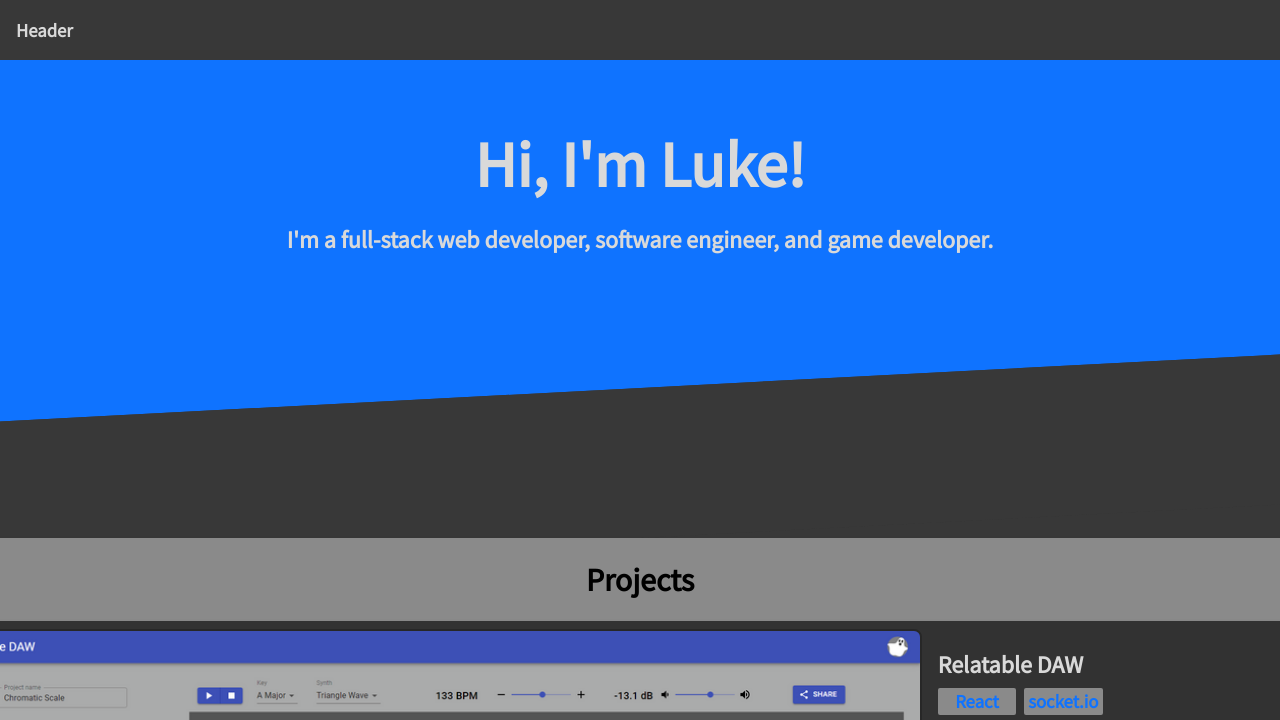
Repository: lbodwell/Personal-Website
Page: index.html
The author's editor kept a copy of each file at every save. The page is drawn from the files as they stood at one save, then again after a run of saves.
The browser window is 1280 px wide. The pictures show the whole page.
An inner scrolling area shows only its first screen.

Above is the page before, as saved 2022-04-04 19:46:52.

### index.html
<!DOCTYPE html>
<html lang="en">
    <head>
        <meta charset="UTF-8">
        <meta http-equiv="X-UA-Compatible" content="IE=edge">
        <meta name="viewport" content="width=device-width, initial-scale=1.0">
        <title>Luke Bodwell</title>
        <script type="text/javascript" src="script.js" defer></script>
        <link rel="stylesheet" href="styles.css">
    </head>
    <body>
        <header>
            <h3>Header</h3>
        </header>
        <content>
            <div class="intro">
                <h1>Hi, I'm Luke!</h1>
                <h2>I'm a full-stack web developer, software engineer, and game developer.</h2>
            </div>
            <div class="projects-container">
                <h1>Projects</h1>
                <div class="projects">
                    <div class="project project-img-left">
                        <div class="project-image">
                            <img src="images/relatable-daw.png"></img>
                        </div>
                        <div class="project-info">
                            <div class="project-title">
                                <h2>Relatable DAW</h2>
                                <div class="project-tags">
                                    <div class="project-tag">
                                        <h3>React</h3>
                                    </div>
                                    <div class="project-tag">
                                        <h3>socket.io</h3>
                                    </div>
                                </div>
                                <div class="project-types">
                                    <!-- Code icon -->
                                    <svg style="width:32px;height:32px" viewBox="0 0 24 24">
                                        <path fill="currentColor" d="M8,3A2,2 0 0,0 6,5V9A2,2 0 0,1 4,11H3V13H4A2,2 0 0,1 6,15V19A2,2 0 0,0 8,21H10V19H8V14A2,2 0 0,0 6,12A2,2 0 0,0 8,10V5H10V3M16,3A2,2 0 0,1 18,5V9A2,2 0 0,0 20,11H21V13H20A2,2 0 0,0 18,15V19A2,2 0 0,1 16,21H14V19H16V14A2,2 0 0,1 18,12A2,2 0 0,1 16,10V5H14V3H16Z" />
                                    </svg>
                                    <!-- Audio icon -->
                                    <svg style="width:32px;height:32px" viewBox="0 0 24 24">
                                        <path fill="currentColor" d="M14,3.23V5.29C16.89,6.15 19,8.83 19,12C19,15.17 16.89,17.84 14,18.7V20.77C18,19.86 21,16.28 21,12C21,7.72 18,4.14 14,3.23M16.5,12C16.5,10.23 15.5,8.71 14,7.97V16C15.5,15.29 16.5,13.76 16.5,12M3,9V15H7L12,20V4L7,9H3Z" />
                                    </svg>
                                </div>
                            </div>
                            <p>Project description goes here. Lorem ipsum dolor sit amet consectetur adipisicing elit. Maxime mollitia,
                                molestiae quas vel sint commodi repudiandae consequuntur voluptatum laborum
                                numquam blanditiis harum quisquam eius sed odit fugiat iusto fuga praesentium
                                optio, eaque rerum! Provident similique accusantium nemo autem.</p>
                            <div class="project-links">
                                <a class="btn" id="btn-demo-proj1" href="https://relatable-daw.com" target="_blank">Live Demo</a>
                                <a class="btn" id="btn-video-proj1" href="https://drive.google.com/file/d/1R21yoplPYTj6aw2hVH3COGZ260A-Z0TO/view" target="_blank">Video</a>
                                <a class="btn" id="btn-code-proj1" href="https://github.com/lbodwell/Relatable-DAW" target="_blank">Code</a>
                            </div>
                        </div>
                    </div>
                    <div class="project project-img-right">
                        <div class="project-info">
                            <div class="project-title">
                                <h2>GeoBlade</h2>
                                <div class="project-types">
                                    <!-- Code icon -->
                                    <svg style="width:32px;height:32px" viewBox="0 0 24 24">
                                        <path fill="currentColor" d="M8,3A2,2 0 0,0 6,5V9A2,2 0 0,1 4,11H3V13H4A2,2 0 0,1 6,15V19A2,2 0 0,0 8,21H10V19H8V14A2,2 0 0,0 6,12A2,2 0 0,0 8,10V5H10V3M16,3A2,2 0 0,1 18,5V9A2,2 0 0,0 20,11H21V13H20A2,2 0 0,0 18,15V19A2,2 0 0,1 16,21H14V19H16V14A2,2 0 0,1 18,12A2,2 0 0,1 16,10V5H14V3H16Z" />
                                    </svg>
                                    <!-- Game icon -->
                                    <svg style="width:32px;height:32px" viewBox="0 0 24 24">
                                        <path fill="currentColor" d="M7.97,16L5,19C4.67,19.3 4.23,19.5 3.75,19.5A1.75,1.75 0 0,1 2,17.75V17.5L3,10.12C3.21,7.81 5.14,6 7.5,6H16.5C18.86,6 20.79,7.81 21,10.12L22,17.5V17.75A1.75,1.75 0 0,1 20.25,19.5C19.77,19.5 19.33,19.3 19,19L16.03,16H7.97M7,8V10H5V11H7V13H8V11H10V10H8V8H7M16.5,8A0.75,0.75 0 0,0 15.75,8.75A0.75,0.75 0 0,0 16.5,9.5A0.75,0.75 0 0,0 17.25,8.75A0.75,0.75 0 0,0 16.5,8M14.75,9.75A0.75,0.75 0 0,0 14,10.5A0.75,0.75 0 0,0 14.75,11.25A0.75,0.75 0 0,0 15.5,10.5A0.75,0.75 0 0,0 14.75,9.75M18.25,9.75A0.75,0.75 0 0,0 17.5,10.5A0.75,0.75 0 0,0 18.25,11.25A0.75,0.75 0 0,0 19,10.5A0.75,0.75 0 0,0 18.25,9.75M16.5,11.5A0.75,0.75 0 0,0 15.75,12.25A0.75,0.75 0 0,0 16.5,13A0.75,0.75 0 0,0 17.25,12.25A0.75,0.75 0 0,0 16.5,11.5Z" />
                                    </svg>
                                    <!-- Audio icon -->
                                    <svg style="width:32px;height:32px" viewBox="0 0 24 24">
                                        <path fill="currentColor" d="M14,3.23V5.29C16.89,6.15 19,8.83 19,12C19,15.17 16.89,17.84 14,18.7V20.77C18,19.86 21,16.28 21,12C21,7.72 18,4.14 14,3.23M16.5,12C16.5,10.23 15.5,8.71 14,7.97V16C15.5,15.29 16.5,13.76 16.5,12M3,9V15H7L12,20V4L7,9H3Z" />
                                    </svg>
                                </div>
                            </div>
                            <p>Project description goes here. Lorem ipsum dolor sit amet consectetur adipisicing elit. Maxime mollitia,
                                molestiae quas vel sint commodi repudiandae consequuntur voluptatum laborum
                                numquam blanditiis harum quisquam eius sed odit fugiat iusto fuga praesentium
                                optio, eaque rerum! Provident similique accusantium nemo autem.</h>
                            <div class="project-links">
                                <a class="btn" id="btn-download-proj2">Download</a>
                                <a class="btn" id="btn-video-proj2">Video</a>
                                <a class="btn" id="btn-code-proj2">Code</a>
                            </div>
                        </div>
                        <div class="project-image">
                            <img src="images/relatable-daw.png"></img>
                        </div>
                    </div>
                    <div class="project project-img-left">
                        <div class="project-image">
                            <img src="images/relatable-daw.png"></img>
                        </div>
                        <div class="project-info">
                            <div class="project-title">
                                <h2>Example project 3</h2>
                                <div class="project-types">
                                    <!-- Code icon -->
                                    <svg style="width:32px;height:32px" viewBox="0 0 24 24">
                                        <path fill="currentColor" d="M8,3A2,2 0 0,0 6,5V9A2,2 0 0,1 4,11H3V13H4A2,2 0 0,1 6,15V19A2,2 0 0,0 8,21H10V19H8V14A2,2 0 0,0 6,12A2,2 0 0,0 8,10V5H10V3M16,3A2,2 0 0,1 18,5V9A2,2 0 0,0 20,11H21V13H20A2,2 0 0,0 18,15V19A2,2 0 0,1 16,21H14V19H16V14A2,2 0 0,1 18,12A2,2 0 0,1 16,10V5H14V3H16Z" />
                                    </svg>
                                </div>
                            </div>
                            <p>Project description goes here. Lorem ipsum dolor sit amet consectetur adipisicing elit. Maxime mollitia,
                                molestiae quas vel sint commodi repudiandae consequuntur voluptatum laborum
                                numquam blanditiis harum quisquam eius sed odit fugiat iusto fuga praesentium
                                optio, eaque rerum! Provident similique accusantium nemo autem.</h>
                            <div class="project-links">
                                <a class="btn" id="btn-demo-proj3">Live Demo</a>
                                <a class="btn" id="btn-video-proj3">Video</a>
                                <a class="btn" id="btn-code-proj3">Code</a>
                            </div>
                        </div>
                    </div>
                </div>
                <a id="see-more-projects" href="#">See more</a>
            </div>
            <div class="skills">
                <h1>Skills</h1>
                <div class="skills">
                </div>
            </div>
        </content>
        <footer>
            <h3>Footer</h5>
        </footer>
    </body>
</html>

### styles.css
@import url("https://fonts.googleapis.com/css2?family=Source+Sans+Pro&display=swap");

html {
    font-family: "Source Sans Pro", sans-serif;
    background-color: #383838;
}

html, body {
    width: 100%;
    height: 100%;
    margin: 0;
    max-width: 100%;
    overflow-x: hidden;
}

h2, h3, h4, h5, h6, p, svg {
    color: rgb(217, 217, 217);
}

header {
    margin-left: 1rem;
}

content {
    display: flex;
    flex-direction: column;
    align-items: center;
}

.intro {
    color: rgb(217, 217, 217);
    position: relative;
    text-align: center;
    background-color: #0f73ff;
    padding: 4rem;
    width: 100%;
    height: 250px;
    margin-bottom: 100px;
}

.intro > h1 {
    font-size: 64px;
    margin: 0;
}

.intro::before, .intro::after {
    content: "";
    position: absolute;
    height: 150px;
    bottom: -100px;
    right: 0;
    left: 0;
    background: #383838;
    transform: skewY(-3deg);
}

.projects-container {
    text-align: center;
    background-color: rgb(138, 138, 138);
    padding: 0 64rem 2rem 64rem;
    filter: drop-shadow(4px 8px 4px black);
}

.projects {
    display: grid;
    grid-template-columns: 1fr;
}

.project {
    display: grid;
    grid-template-columns: 1fr 1fr;
    gap: 16px;
    width: auto;
    height: 400px;
    margin-bottom: 1rem;
    padding: 0.5rem;
    background-color: #323232;
    border-radius: 16px;
    filter: drop-shadow(4px 8px 4px black);
}

.project-info {
    display: flex;
    flex-direction: column;
    width: 400px;
    border:
}

.project-img-left > .project-info {
    align-items: flex-start;
    text-align: left;
}

.project-img-right > .project-info {
    align-items: flex-end;
    text-align: right;
}

.project-title {
    display: flex;
    flex-direction: column;
    align-items: flex-start;
}

.project-title > h2 {
    margin-bottom: 0;
}

.project-types {
    display: flex;
    flex-direction: row;
    gap: 8px;
}

.project-tags {
    display: grid;
    grid-template-columns: repeat(3, 1fr);
    gap: 8px;
}

.project-tag {
    margin: 8px 0;
    text-align: center;
}

.project-tag > h3 {
    margin: 0;
    padding: 2px 4px;
    color: #0f73ff;
    background-color: #8a8a8a;
    border-radius: 2px;
}

.project-img-left .project-types {
    justify-content: flex-start;
}

.project-img-right .project-types {
    justify-content: flex-end;
}

.project-links {
    display: flex;
    flex-direction: row;
    gap: 4px;
}

.btn {
    font-weight: bolder;
    background-color: #0f73ff;
    color: rgb(217, 217, 217);
    border-radius: 8px;
    filter: drop-shadow(2px 4px 2px black);
    padding: 0.25rem 1rem;
    border: 1px solid #272727;
    text-decoration: none;
}

.btn:hover {
    background-color: #0c4eac;
    cursor: pointer;
}

.project img {
    width: auto;
    height: 100%;
    border: 2px solid #272727;
    border-radius: 8px;
}

footer {
    margin: 1rem;
}

Loaded but not shown: script.js (common file)

After the next 2 saves:
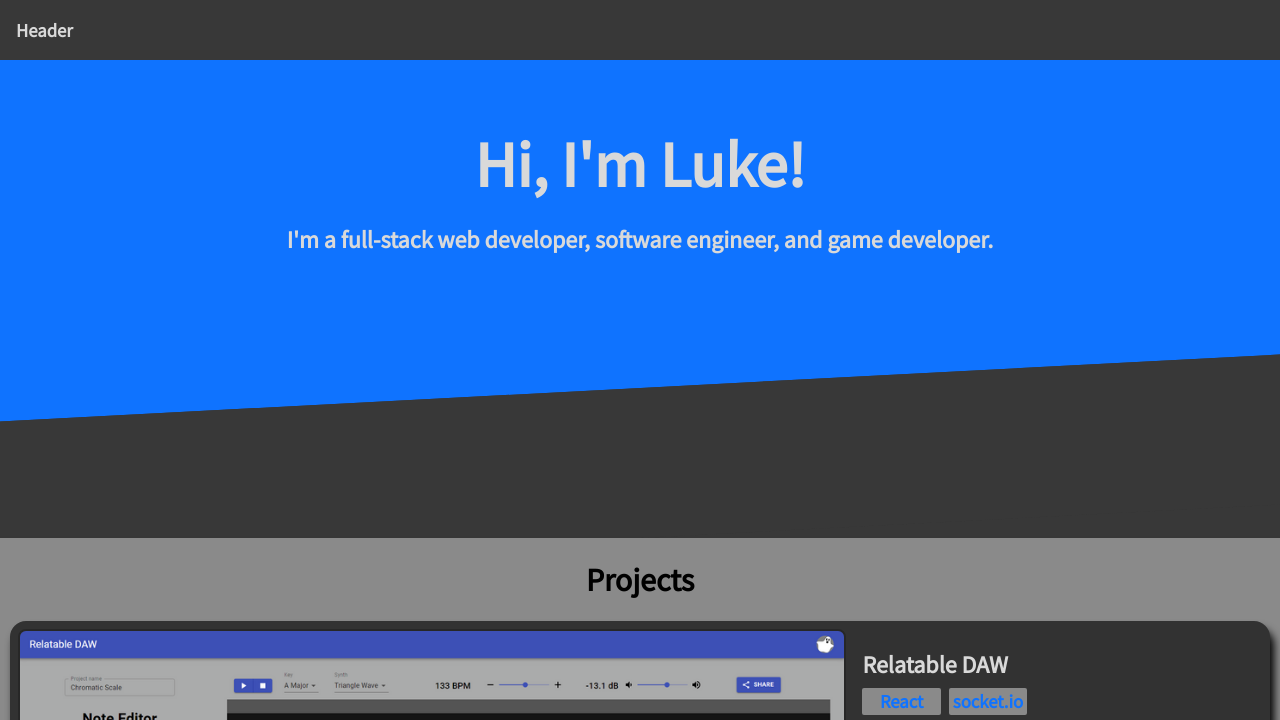
The 2 saves are shown as one change because they came seconds apart.
The last was saved 9 s later.
--- a/styles.css
+++ b/styles.css
@@ -67,8 +67,7 @@ content {
 }
 
 .project {
-    display: grid;
-    grid-template-columns: 1fr 1fr;
+    display: flex;
     gap: 16px;
     width: auto;
     height: 400px;
